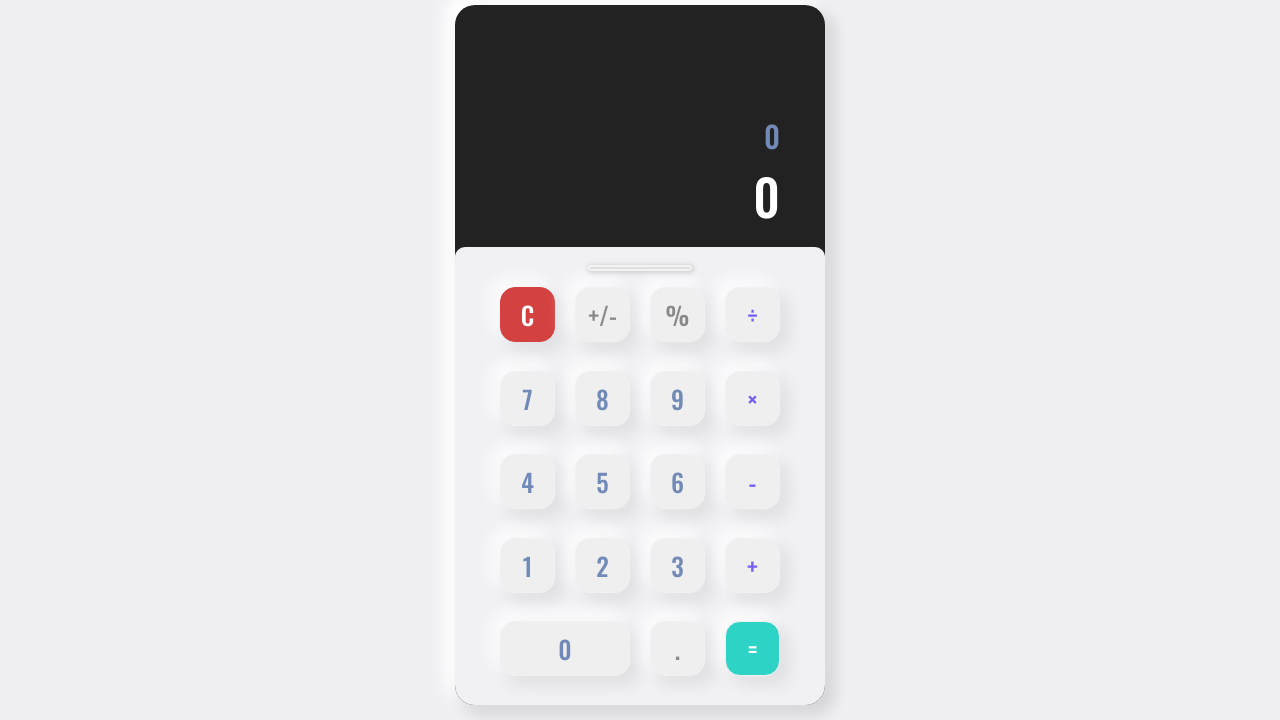
Repository: BrunoBross/calculator
Page: index.html
An editor plug-in stored every save of this project. The page is shown before and after the next save, followed by the edit.
The browser window is 1280 px wide. The pictures show the whole page.
After loading, the first visible `#reset` was clicked once.

Above is the page before, as saved 2021-12-01 17:21:37.

After the next save:
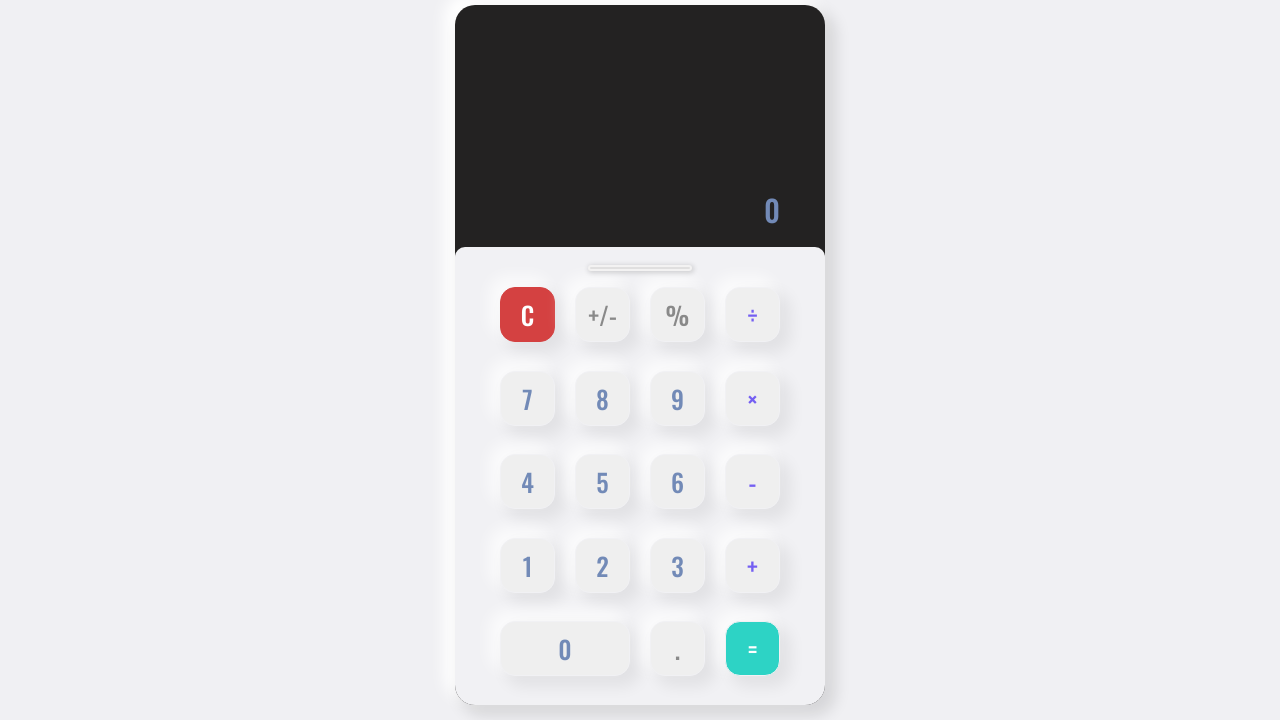
Saved 83 s later.
--- a/script.js
+++ b/script.js
@@ -29,8 +29,8 @@
   }else if(buttonClicked == 'C'){
     operation = '0'
     number = '' // ZERAR NUMERO
+    operation = '' // ZERAR OPERACAO
     viewResult.innerHTML = operation
-    operation = '' // ZERAR OPERACAO
   // PEGAR O OPERADOR
   }else if(buttonClicked == '+' || buttonClicked == '-' || buttonClicked == '*' || buttonClicked == '/'){
     if(usedOperator){

After the save that followed:
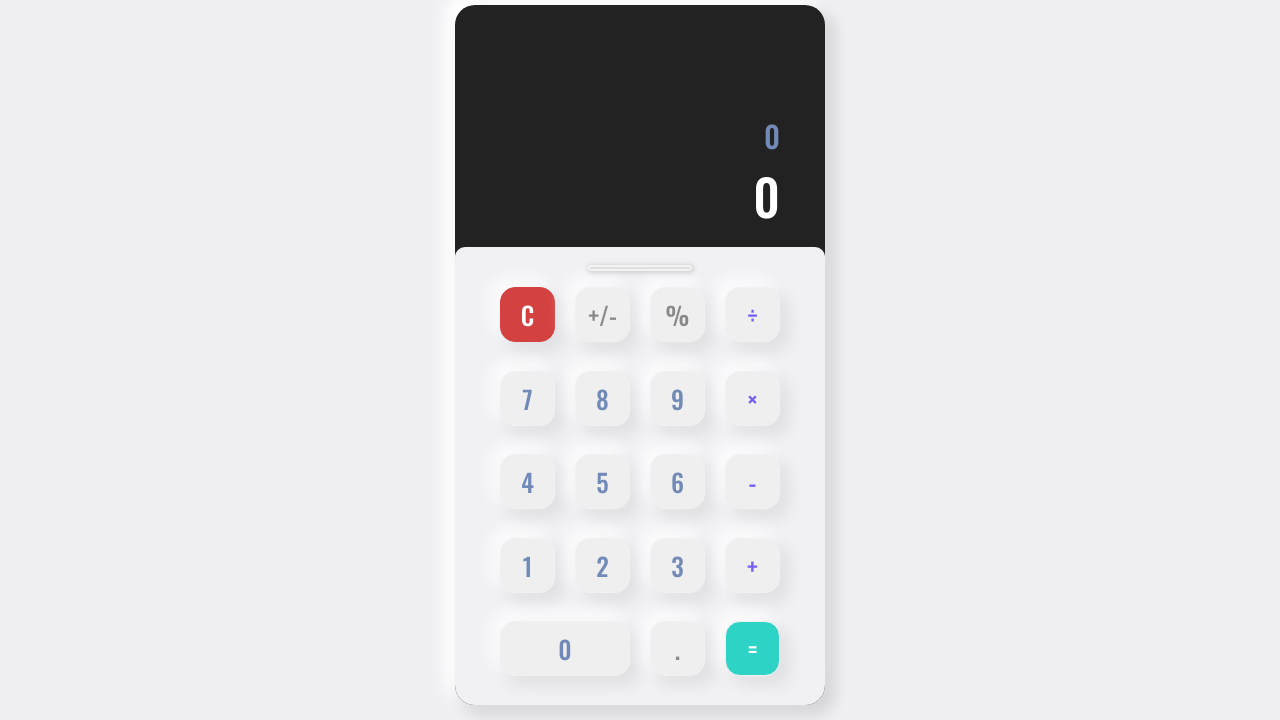
Saved 6 s later.
--- a/script.js
+++ b/script.js
@@ -29,8 +29,8 @@
   }else if(buttonClicked == 'C'){
     operation = '0'
     number = '' // ZERAR NUMERO
+    viewResult.innerHTML = operation
     operation = '' // ZERAR OPERACAO
-    viewResult.innerHTML = operation
   // PEGAR O OPERADOR
   }else if(buttonClicked == '+' || buttonClicked == '-' || buttonClicked == '*' || buttonClicked == '/'){
     if(usedOperator){
